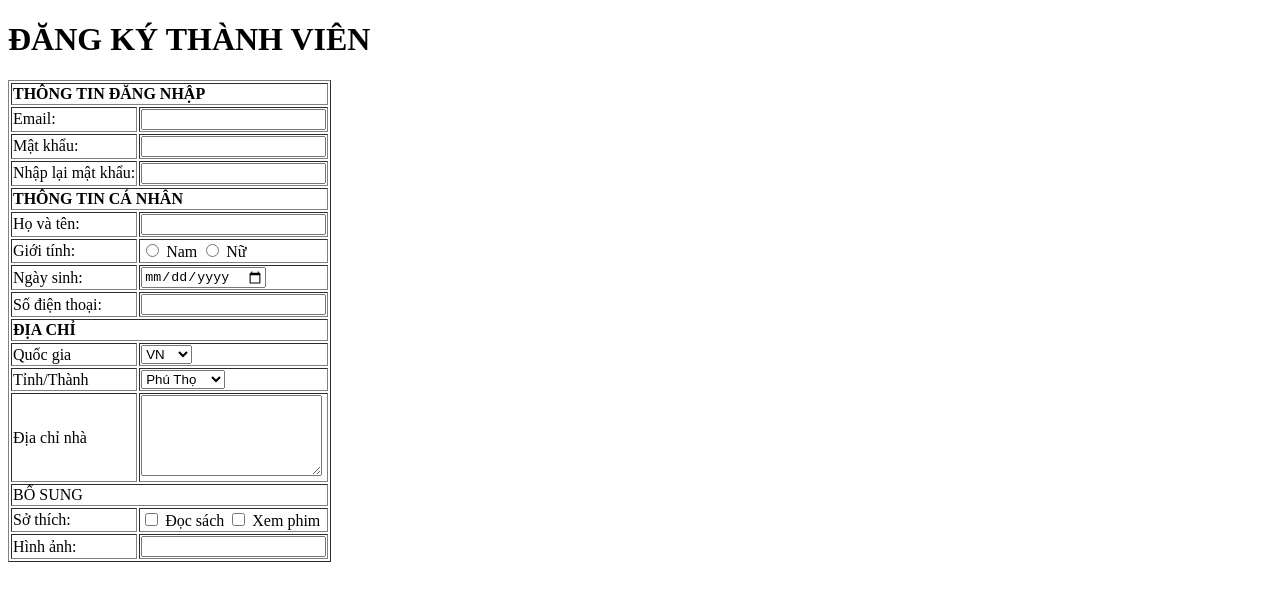
Repository: PhiKhongHoang/JSP-Servlet
Page: Bai2_HTML/src/main/webapp/register.html
An editor plug-in stored every save of this project. The page is shown before and after the next save, followed by the edit.
The browser window is 1280 px wide. The pictures show the whole page.

Above is the page before, as saved 2024-02-16 10:01:51.

After the next save:
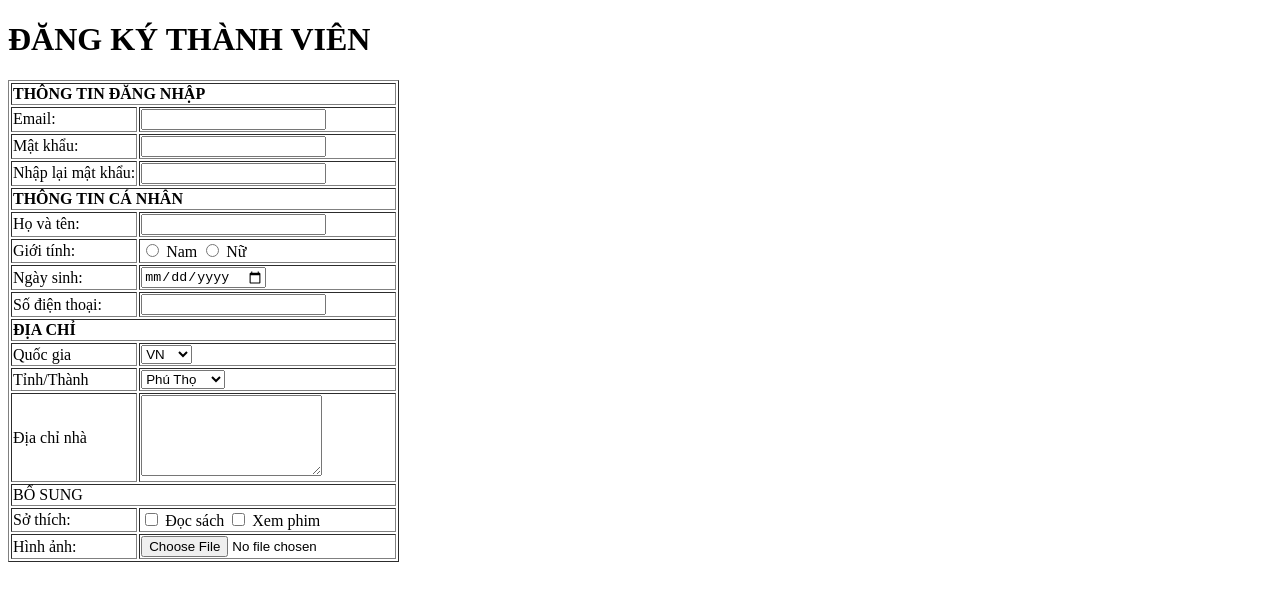
Saved 8 s later.
--- a/Bai2_HTML/src/main/webapp/register.html
+++ b/Bai2_HTML/src/main/webapp/register.html
@@ -94,7 +94,7 @@
 			<tr>
 				<td>Hình ảnh:</td>
 				<td>
-					<input type="img" name="hinhAnh" id="idHinhAnh">
+					<input type="file" name="hinhAnh" id="idHinhAnh">
 				</td>
 			</tr>
 		</tbody>
